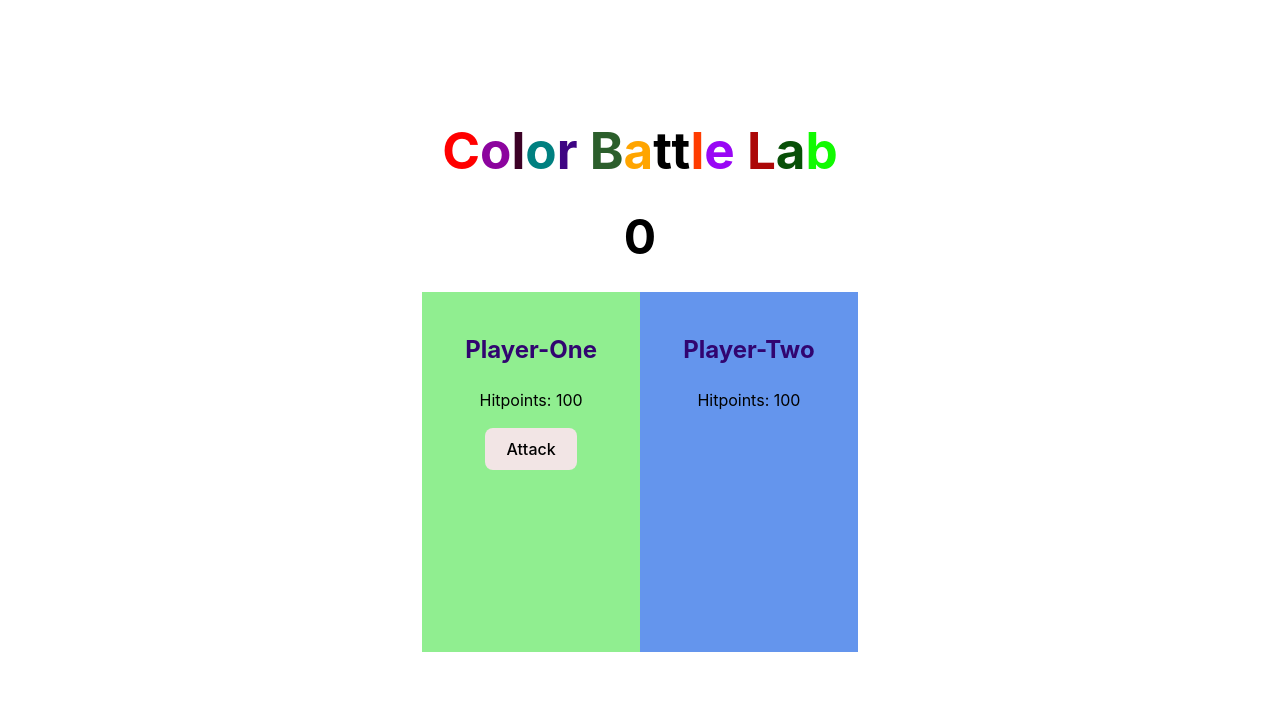
Repository: RAWdevX21/color-battle_lab-build
Page: /
These files come from the project's save history. The page is drawn as it stood at one moment and after the next save; the edit follows.
The browser window is 1280 px wide. The pictures show the whole page.
The project was rebuilt for these pictures with package versions that can differ from the ones it lists, and the page was loaded fresh each time. Also part of the build but not shown: vite.config.js.

Above is the page before, as saved 2023-08-17 05:38:50.

After the next save:
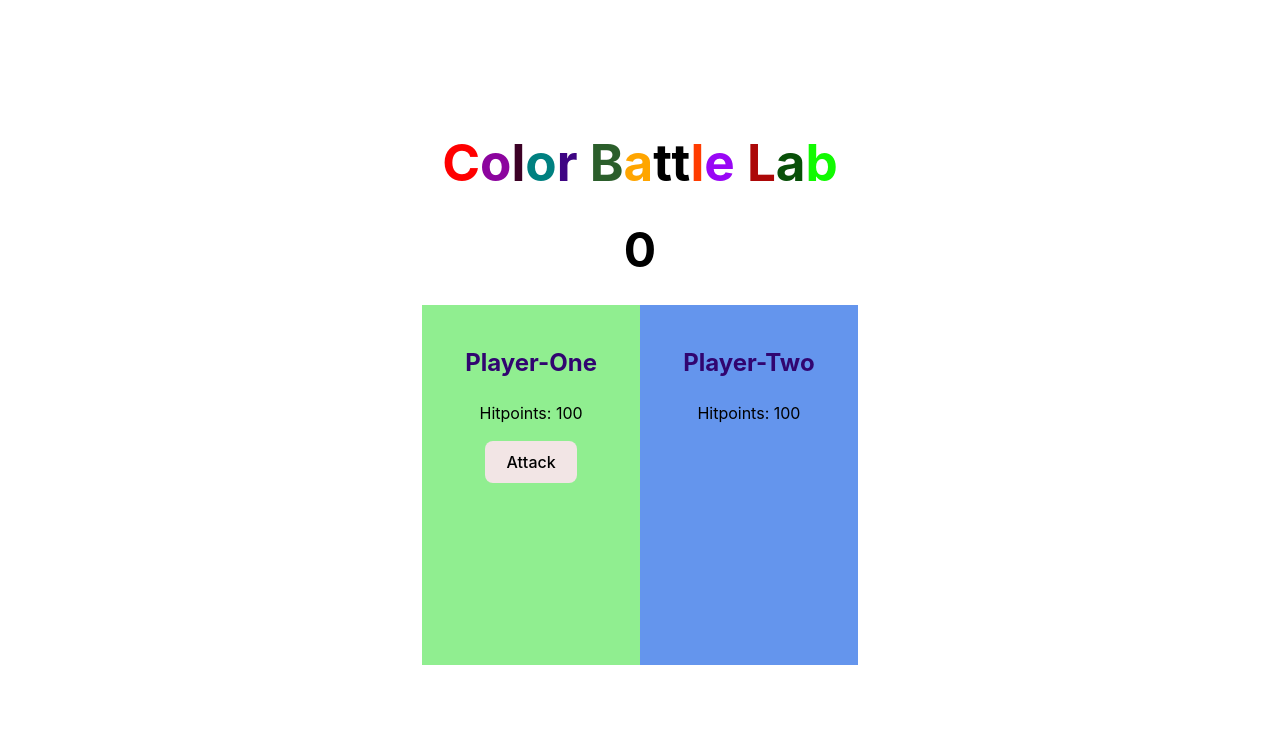
Saved 9 s later.
--- a/src/App.css
+++ b/src/App.css
@@ -1,6 +1,6 @@
 #root {
   margin: 0 auto;
-  padding: 2rem;
+  padding: 5rem;
   text-align: center;
 }
 
